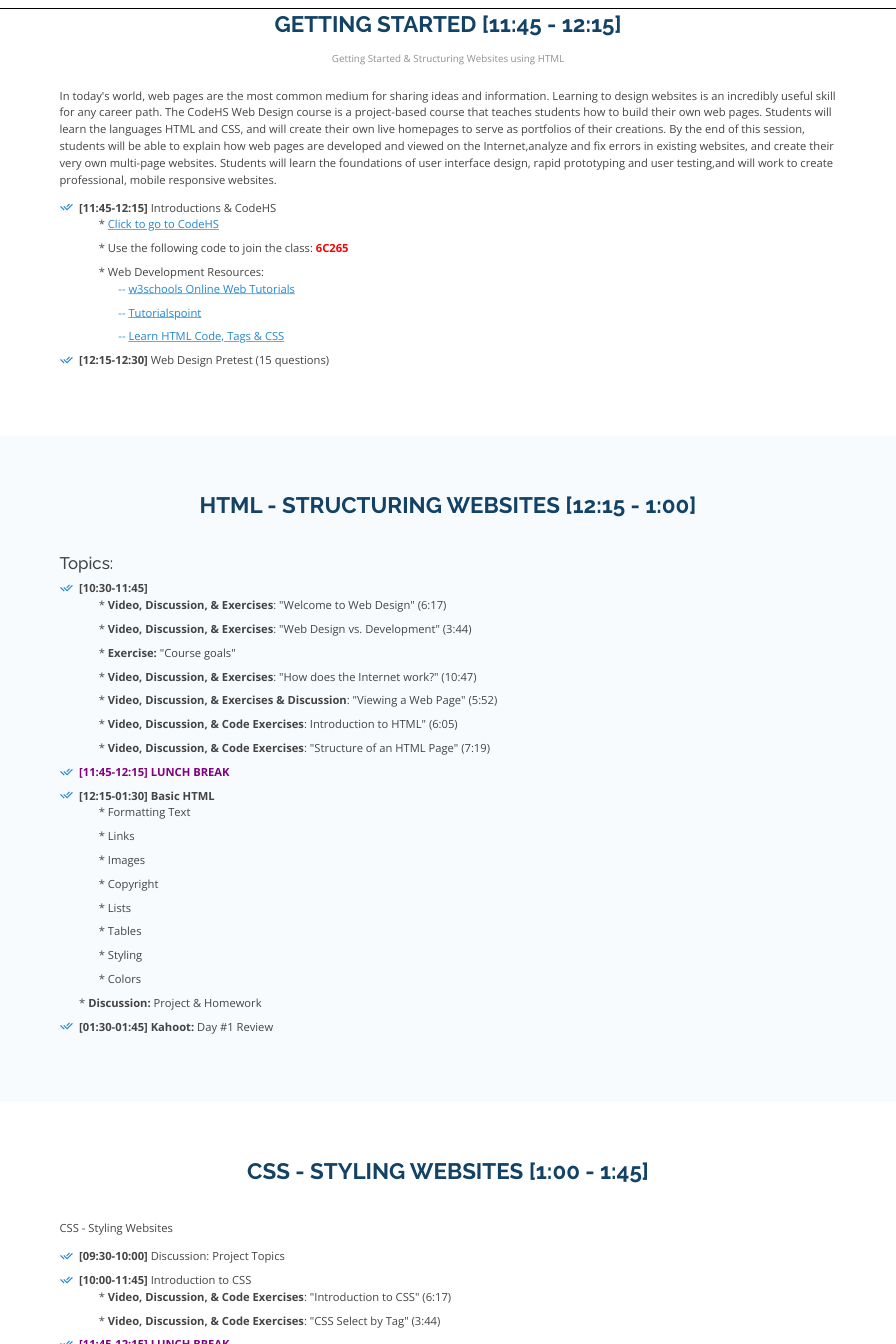
Repository: cchatmon/BMIT-Program
Page: BMIT_OnePage/index.html
The author's editor kept a record of every edit. The page is drawn from the files as they stood at one moment, then again after the next edit.
The browser window is 1280 px wide. The pictures show the part of the page from y = 353 to 2273 px (the page is 4177 px tall), at 70% of full size.
Backgrounds fixed to the window are drawn as part of the page.

Above is the page before.

After the next edit:
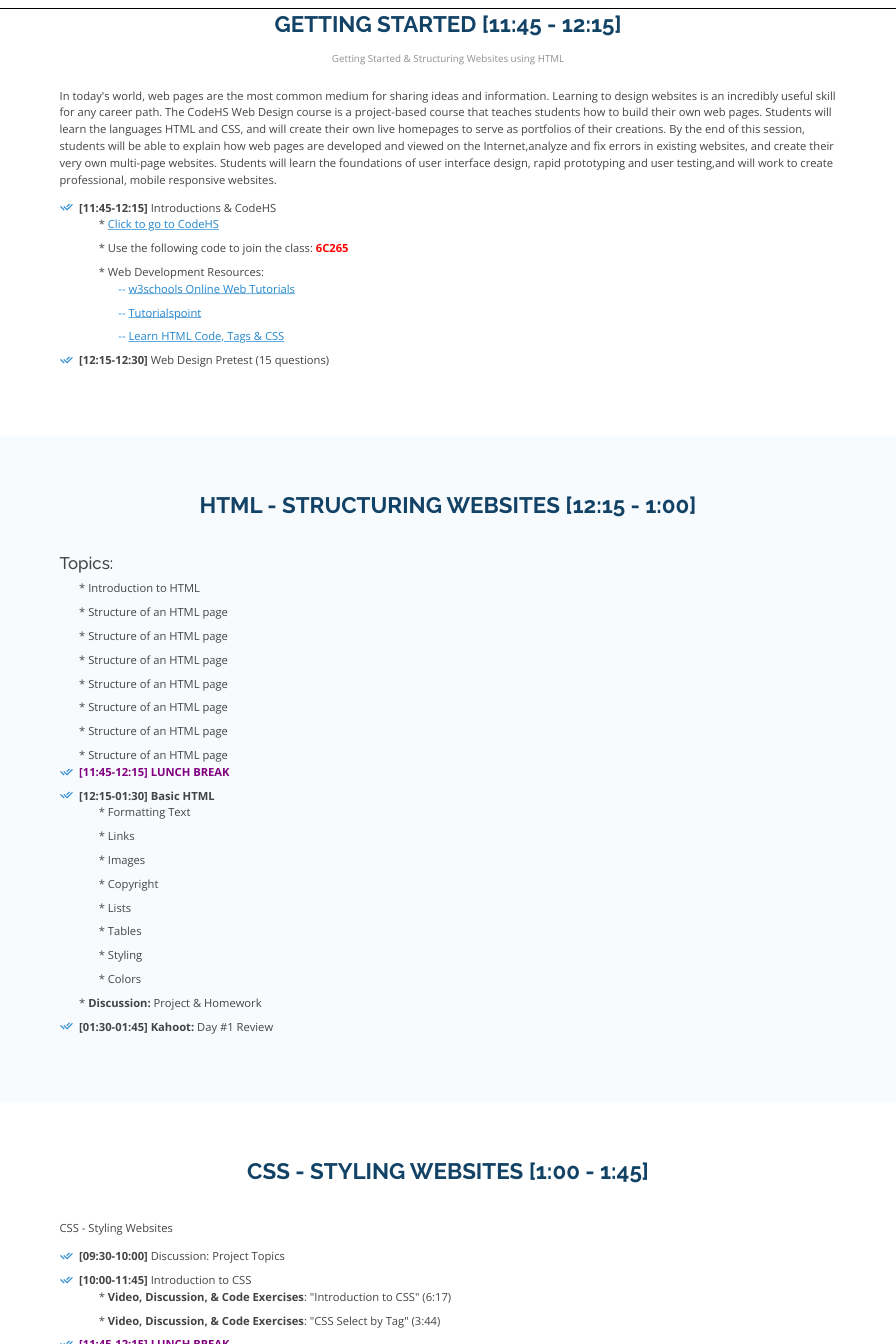
The edit:
--- a/BMIT_OnePage/index.html
+++ b/BMIT_OnePage/index.html
@@ -125,15 +125,15 @@
 
             <h4>Topics:</h4>
             <ul>
-              <li><i class="ri-check-double-line"></i><b>[10:30-11:45]</b>
                   <ul>
-                    <li>* <b>Video, Discussion, & Exercises</b>: "Welcome to Web Design" (6:17) </li>
-                    <li>* <b>Video, Discussion, & Exercises</b>:  "Web Design vs. Development" (3:44) </li>
-                     <li>* <b>Exercise:</b> "Course goals" </li>
-                    <li>* <b>Video, Discussion, & Exercises</b>:  "How does the Internet work?" (10:47) </li>
-                    <li>* <b>Video, Discussion, & Exercises & Discussion</b>: "Viewing a Web Page" (5:52) </li>
-                    <li>* <b>Video, Discussion, & Code Exercises</b>: Introduction to HTML" (6:05) </li>
-                   <li>* <b>Video, Discussion, & Code Exercises</b>: "Structure of an HTML Page"  (7:19) </li>
+                    <li>* Introduction to HTML </li>
+                    <li>* Structure of an HTML page </li>
+                    <li>* Structure of an HTML page </li>
+                    <li>* Structure of an HTML page </li>
+                    <li>* Structure of an HTML page </li>
+                    <li>* Structure of an HTML page </li>
+                    <li>* Structure of an HTML page </li>
+                    <li>* Structure of an HTML page </li>
                   </ul>
                 </li>
                 <li><i class="ri-check-double-line"></i><b style="color:purple;">[11:45-12:15]  LUNCH BREAK </b>
